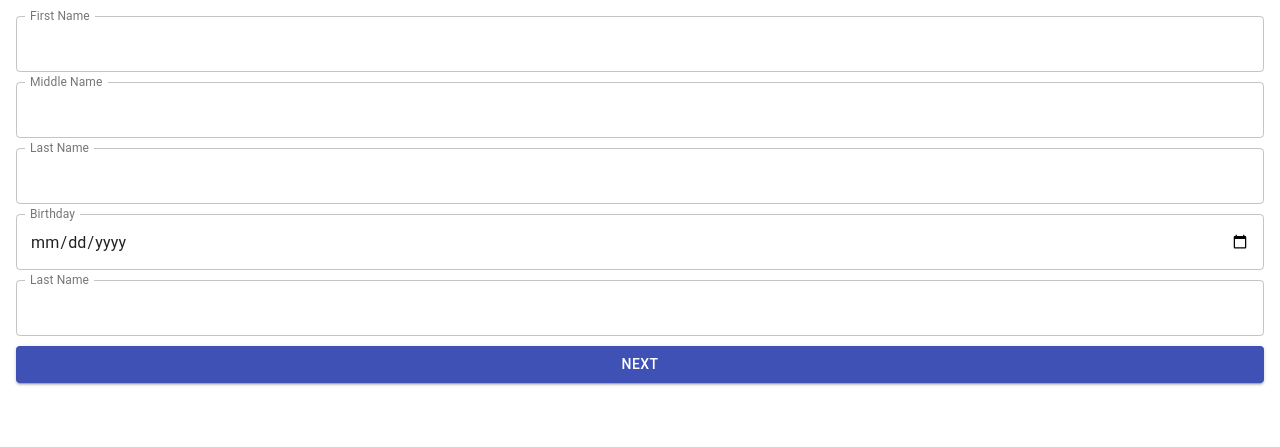
Repository: chathuraedirisingh/rr
Page: /
An editor plug-in stored every save of this project. The page is shown before and after the next save, followed by the edit.
The browser window is 1280 px wide. The pictures show the whole page.
The project was rebuilt for these pictures with package versions that can differ from the ones it lists, and the page was loaded fresh each time.

Above is the page before, as saved 2019-12-18 00:59:34.

### src/App.js
import React, { Component } from 'react'
import UserForm from './components/UserForm'

export default class App extends Component {
  render() {
    return (
      <UserForm />
    )
  }
}

### src/components/UserForm.js
import React, { Component } from 'react'
import FormPersonalDetails from './FormPersonalDetails';

export default class UserForm extends Component {
    state = {
        step: 1,
        firstname: "",
        middlename: "",
        lastname: "",
        birthday: '',
        ssn: "",
        email: "",
        phone: "",
        address: "",
        city: "",
        state: "",
        zip: "",
        employed: "",
        employer_name: "",
        job_title: "",
        emp_phone: "",
        income: "",
        start_date: "",
        income_ext: ""
    };

    nextStep = () => {
        const { step } = this.state;
        this.setState({
            step: step + 1
        });
        console.log(this.state);
    };

    prevStep = () => {
        const { step } = this.state;
        this.setState({
            step: step + 1
        });
    };

    handleChange = input => e => {
        this.setState({
            [input]: e.target.value
        });
    };

    render() {
        const { step } = this.state;
        const {
            firstname,
            middlename,
            lastname,
            birthday,
            ssn,

            email,
            phone,
            address,
            city,
            state,
            zip,

            employed,
            employer_name,
            job_title,
            emp_phone,
            income,
            start_date,
            income_ext
        } = this.state;

        const values = {
            firstname,
            middlename,
            lastname,
            birthday,
            ssn,
            email,
            phone,
            address,
            city,
            state,
            zip,
            employed,
            employer_name,
            job_title,
            emp_phone,
            income,
            start_date,
            income_ext
        };

        switch (step) {
            case 1:
                return (
                    <FormPersonalDetails
                        nextStep={this.nextStep}
                        handleChange={this.handleChange}
                        values={values}
                    />
                )
        }

        return (
            <div>

            </div>
        )
    }
}

### src/components/FormPersonalDetails.js
import React, { Component, Fragment, useState } from "react";
import { Button, TextField, Container, Box } from "@material-ui/core";


export default class FormPersonalDetails extends Component {
    continue = e => {
        e.preventDefault();
        this.props.nextStep();
    };

    render() {

        const { values, handleChange } = this.props;
        return (
            <Fragment>
                <div style={{ width: '100%' }}>
                    <Box display="flex"
                        flexDirection="column"
                        p={1} m={1}
                        bgcolor="background.paper">
                        <TextField
                            style={{ marginBottom: 10 }}
                            label="First Name"
                            variant="outlined"
                            onChange={handleChange('firstname')}
                            defaultValue={values.firstname}
                            InputLabelProps={{
                                shrink: true,
                            }} />
                        <TextField
                            style={{ marginBottom: 10 }}
                            label="Middle Name"
                            variant="outlined"
                            onChange={handleChange('middlename')}
                            defaultValue={values.firstname}
                            InputLabelProps={{
                                shrink: true,
                            }} />
                        <TextField
                            style={{ marginBottom: 10 }}
                            label="Last Name"
                            variant="outlined"
                            onChange={handleChange('lastname')}
                            defaultValue={values.firstname}
                            InputLabelProps={{
                                shrink: true,
                            }} />
                        <TextField
                            style={{ marginBottom: 10 }}
                            id="date"
                            type="date"
                            label="Birthday"
                            variant="outlined"
                            onChange={handleChange('birthday')}
                            defaultValue={values.birthday}
                            InputLabelProps={{
                                shrink: true,
                            }}
                        />

                        <TextField
                            style={{ marginBottom: 10 }}
                            label="Last Name"
                            variant="outlined"
                            onChange={handleChange('ssn')}
                            defaultValue={values.ssn}
                            InputLabelProps={{
                                shrink: true,
                            }} />
                        <Button
                            style={{ marginBottom: 10 }}
                            variant="contained"
                            color="primary"
                            href="#contained-buttons"
                            onClick={this.continue} >Next</Button>
                    </Box>

                </div>
            </Fragment>
        )
    }
}

Loaded but not shown: public/index.html (common file); src/index.js (common file); src/index.css (common file); src/serviceWorker.js (common file)

After the next save:
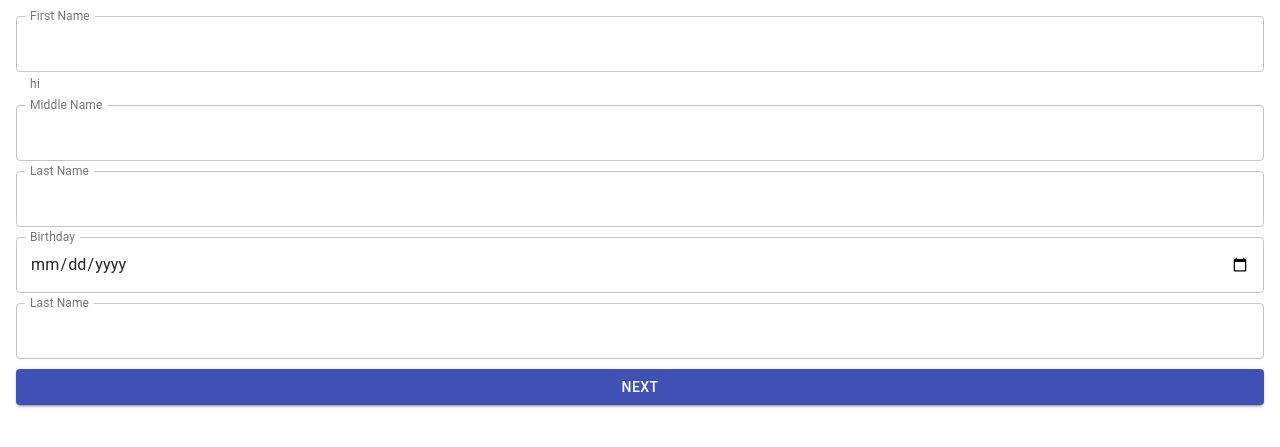
Saved 29 s later.
--- a/src/components/FormPersonalDetails.js
+++ b/src/components/FormPersonalDetails.js
@@ -22,6 +22,7 @@
                             style={{ marginBottom: 10 }}
                             label="First Name"
                             variant="outlined"
+                            helperText="hi"
                             onChange={handleChange('firstname')}
                             defaultValue={values.firstname}
                             InputLabelProps={{

After the save that followed:
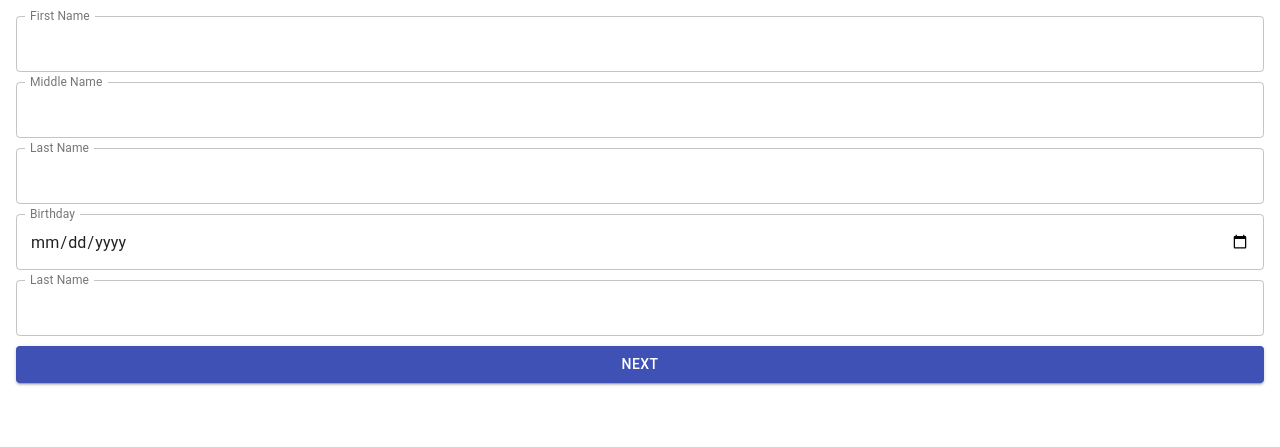
Saved 12 s later.
--- a/src/components/FormPersonalDetails.js
+++ b/src/components/FormPersonalDetails.js
@@ -22,7 +22,6 @@
                             style={{ marginBottom: 10 }}
                             label="First Name"
                             variant="outlined"
-                            helperText="hi"
                             onChange={handleChange('firstname')}
                             defaultValue={values.firstname}
                             InputLabelProps={{
